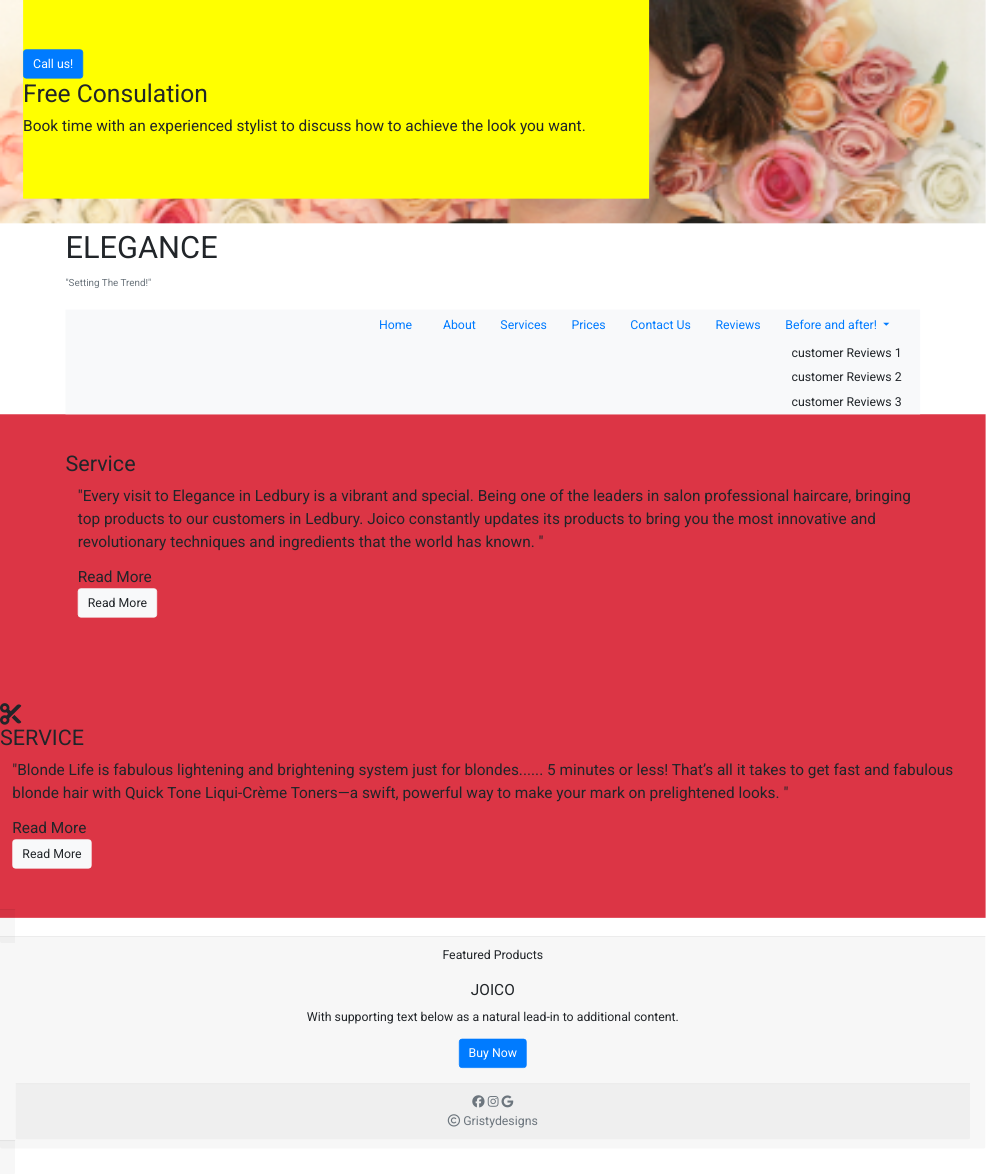
Repository: Gristydesigns/elegance-salon
Page: index.html
The author's editor kept a record of every edit. The page is drawn from the files as they stood at one moment, then again after the next edit.
The browser window is 1280 px wide. The page is 1295 px wide, so the pictures cover 1295 px, including what lies to the right of the window. The pictures show the whole page, at 77% of full size.
Backgrounds fixed to the window are drawn as part of the page. Some web libraries are served in a nearby version.

Above is the page before.
Console error: TypeError: Cannot read properties of undefined (reading 'fn')

After the next edit:
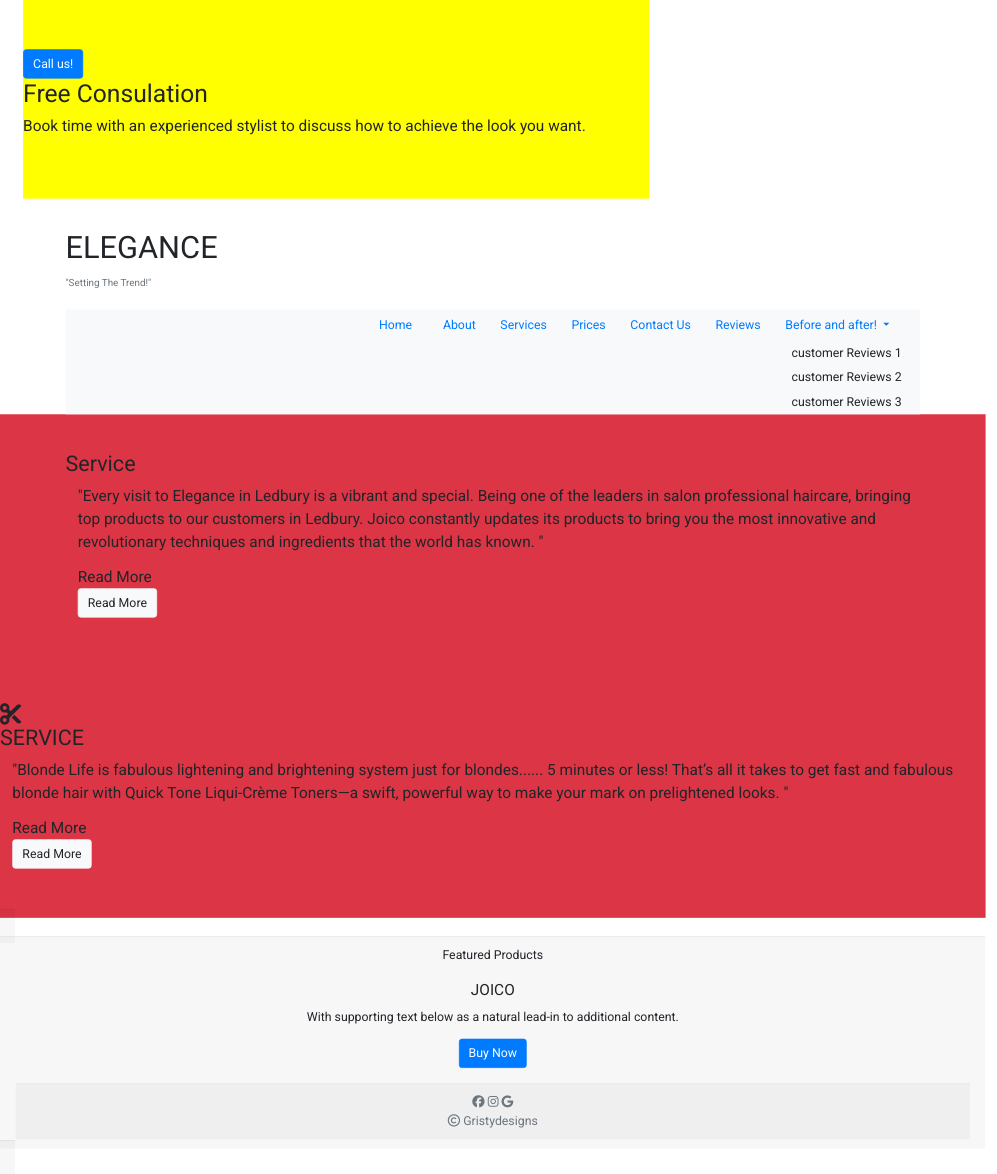
The edit:
--- a/assets/css/style.css
+++ b/assets/css/style.css
@@ -13,7 +13,7 @@
     }
 
 /*---------------------------------Call to action */
-.call-to-action {
+.jumbotron-header {
 
    background: url("assets/image/img_7316.jpg") no-repeat center center fixed;
   -webkit-background-size: cover;
